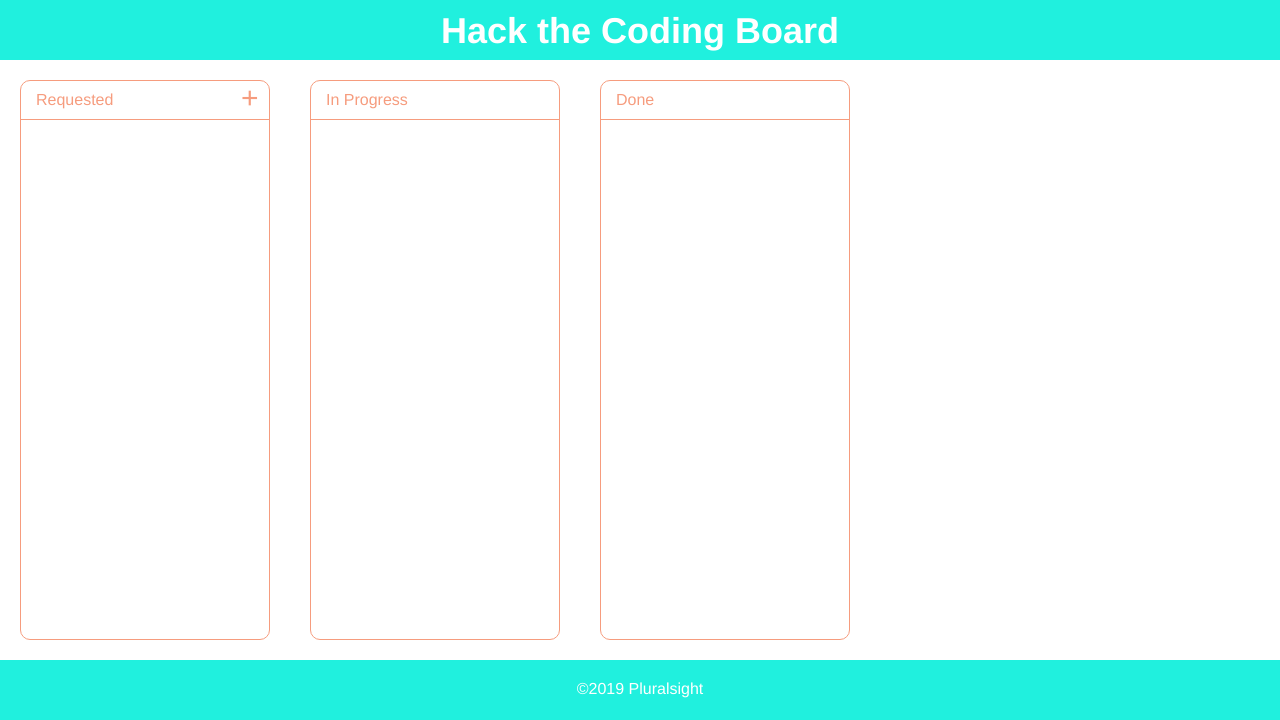
Repository: fhub-1/JS-KanbanBoard
Page: index.html
The author's editor kept a copy of each file at every save. The page is drawn from the files as they stood at one save, then again after the next save.
The browser window is 1280 px wide. The pictures show the whole page.

Above is the page before, as saved 2022-01-19 14:13:58.

After the next save:
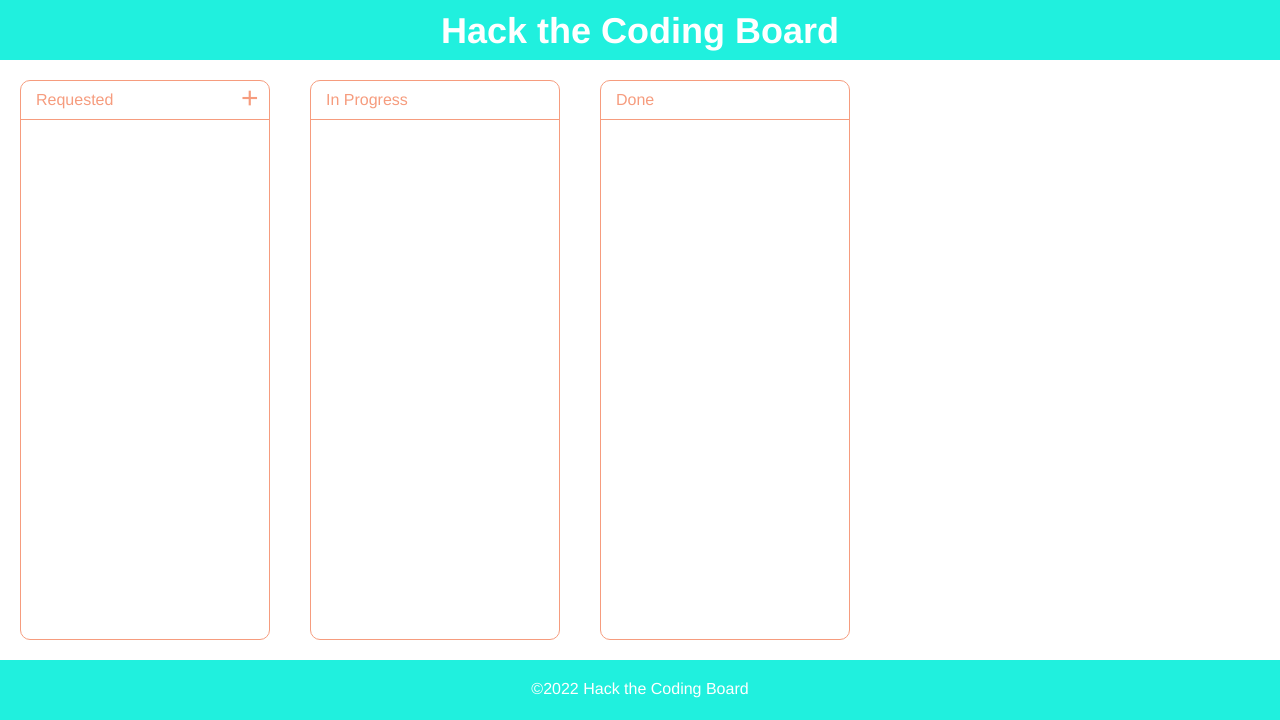
Saved 27 s later.
--- a/index.html
+++ b/index.html
@@ -33,7 +33,7 @@
   </div>
   <footer class="flex">
     <span>
-      &copy;2019 Pluralsight
+      &copy;2022 Hack the Coding Board
     </span>
   </footer>
   <script src="js/kanban.js"></script>
